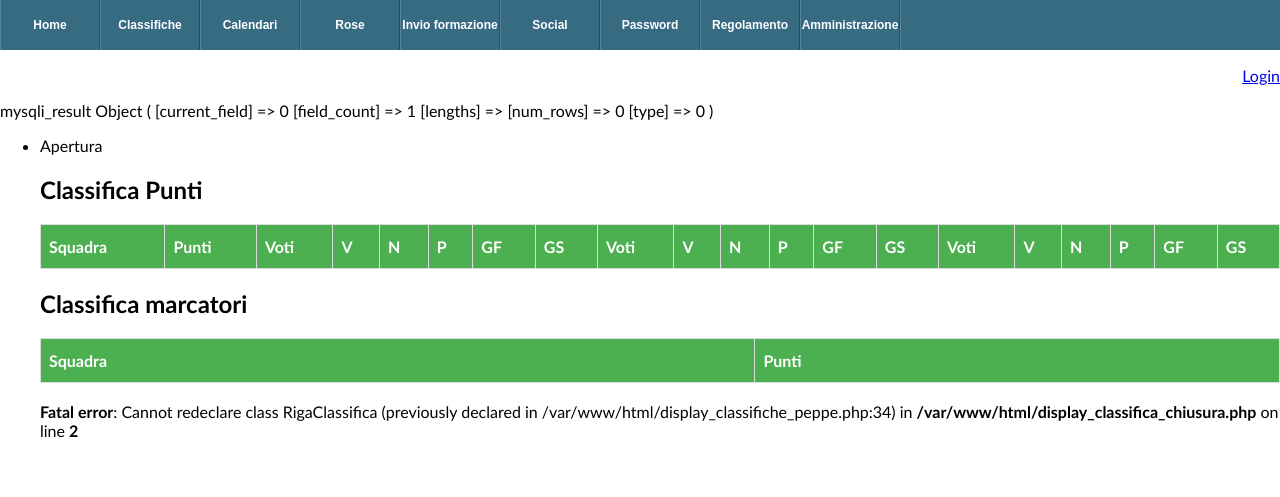
Repository: giuseppeaurilio/susyleague
Page: http://localhost/display_classifiche_peppe.php
An editor plug-in stored every save of this project. The page is shown before and after the next save, followed by the edit.
The browser window is 1280 px wide. The pictures show the part of the page from y = 223 to 887 px (the page is 720 px tall before and 887 px after).
The page is run by PHP 8.4 with error messages shown; the project is at /var/www/html/. Style sheets and scripts are compiled from the project's sources, by tool versions that may differ from the author's. The database holds what the project's SQL file puts in it.

Above is the page before, as saved 2019-08-29 18:23:44.

After the next save:
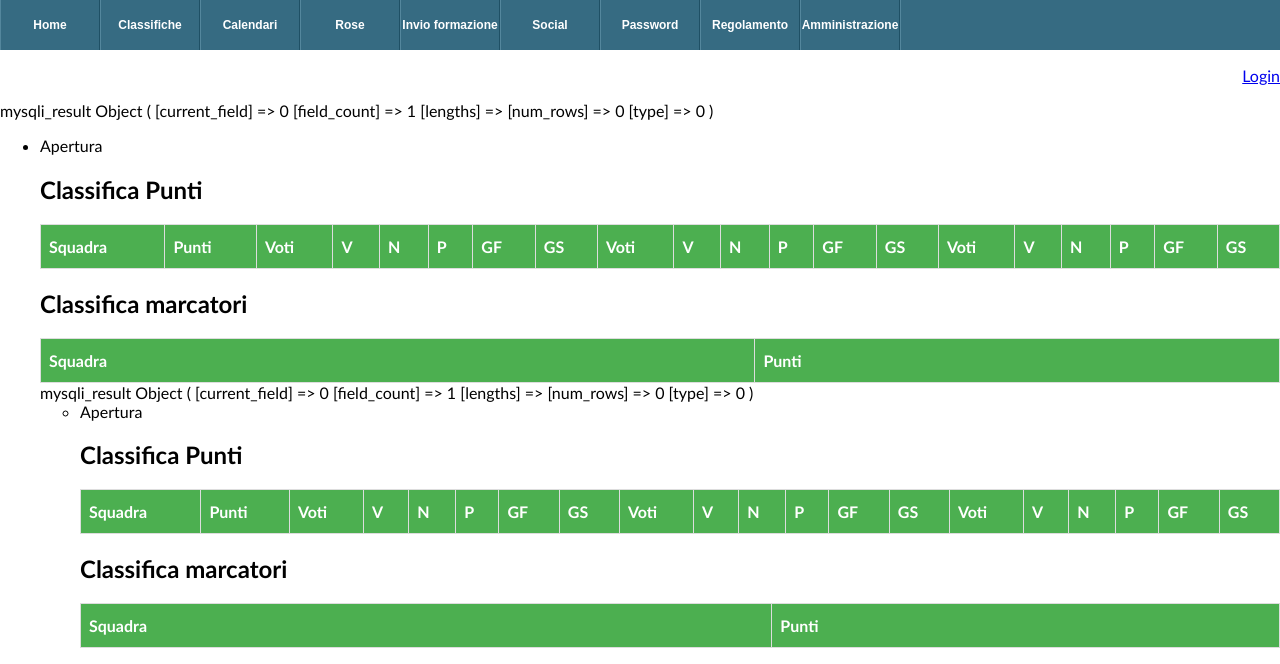
Saved 14 s later.
--- a/site/display_classifica_chiusura.php
+++ b/site/display_classifica_chiusura.php
@@ -1,30 +1,3 @@
-<?php
-    class RigaClassifica{
-        public $idSquadra;
-        public $squadra;
-        public $punti;
-        public $marcatori;
-        public $vittorie;
-        public $pareggi;
-        public $sconfitte;
-        public $golfatti;
-        public $golsubiti;
-        public $marcatoricasa;
-        public $vittoriecasa;
-        public $pareggicasa;
-        public $sconfittecasa;
-        public $golfatticasa;
-        public $golsubiticasa;
-        public $marcatoritrasf;
-        public $vittorietrasf;
-        public $pareggitrasf;
-        public $sconfittetrasf;
-        public $golfattitrasf;
-        public $golsubititrasf;
-    }
-?>
-
-
 <?php
 include "dbinfo_susyleague.inc.php";
 #echo $username;
@@ -132,12 +105,7 @@ foreach($arraysquadre as $squadra){
 </table>
 
 <?php
-function cmp2($a, $b)
-{
-    return $a->marcatori < $b->marcatori;
-}
-
-usort($arraysquadre, "cmp2");
+usort($arraysquadre, "cmp");
 ?>
 
 <h2>Classifica marcatori</h2>
